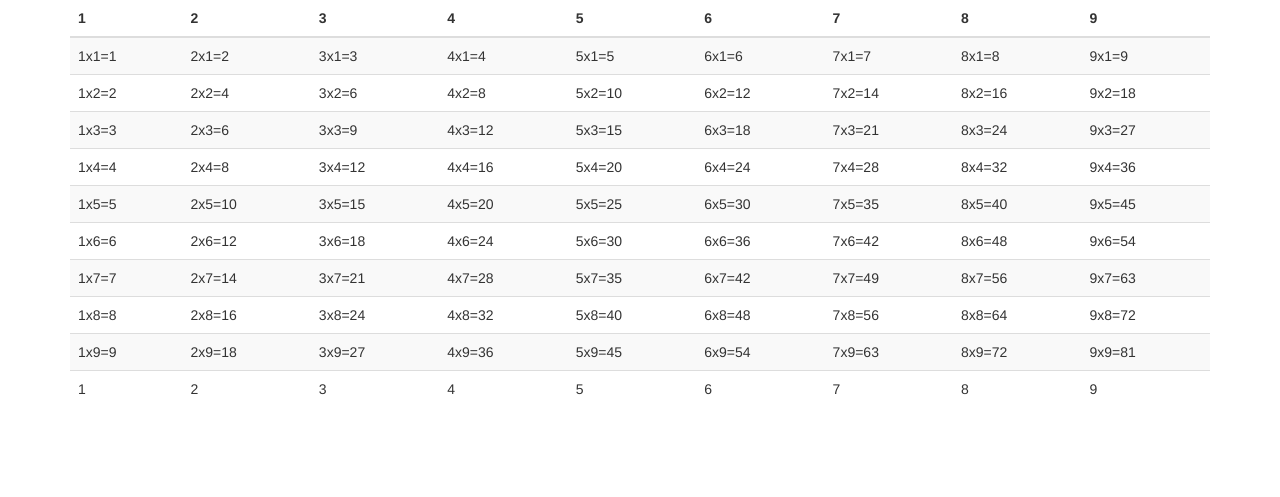
Repository: SongSooJin/JSP
Page: http://localhost/5-jsp-basic/example5/gugudan4.jsp
An editor plug-in stored every save of this project. The page is shown before and after the next save, followed by the edit.
The browser window is 1280 px wide. The pictures show the whole page.
The page is served by Tomcat 9. Other server files are loaded and not shown.

Above is the page before, as saved 2018-10-08 06:01:56.

### 5-jsp-basic/WebContent/example5/gugudan4.jsp
<%@ page language="java" contentType="text/html; charset=UTF-8"
	pageEncoding="UTF-8"%>
<%@ taglib prefix="c" uri="http://java.sun.com/jsp/jstl/core"%>
<!DOCTYPE html>
<html>
<head>
<meta charset="UTF-8">
<title>Insert title here</title>
<meta name="viewport" content="width=device-width, initial-scale=1">
<link rel="stylesheet"
	href="https://maxcdn.bootstrapcdn.com/bootstrap/3.3.7/css/bootstrap.min.css">
<script
	src="https://ajax.googleapis.com/ajax/libs/jquery/3.3.1/jquery.min.js"></script>
<script
	src="https://maxcdn.bootstrapcdn.com/bootstrap/3.3.7/js/bootstrap.min.js"></script>

</head>
<body>

	<div class="container">
		<table class="table table-striped">
			<thead>
				<tr>
					<%
						for (int i = 1; i <= 9; i++) {
							out.print("<th>" + i + "</th>");
						}
					%>
					<c:forEach begin="1" end="9" step="1">

					</c:forEach>
				</tr>
			</thead>

			<tbody>
				<%
					for (int i = 1; i <= 9; i++) { // 행
						out.print("<tr>");
						for (int j = 1; j <= 9; j++) { // 열
							out.print("<td>");
							out.print(j + "x" + i + "=" + (i * j));
							out.print("</td>");
						}

						out.print("</tr>");
					}
				%>
				<tr>
					<td>1</td>
					<td>2</td>
					<td>3</td>
					<td>4</td>
					<td>5</td>
					<td>6</td>
					<td>7</td>
					<td>8</td>
					<td>9</td>
				</tr>
			</tbody>
		</table>
	</div>

</body>
</html>

After the next save:
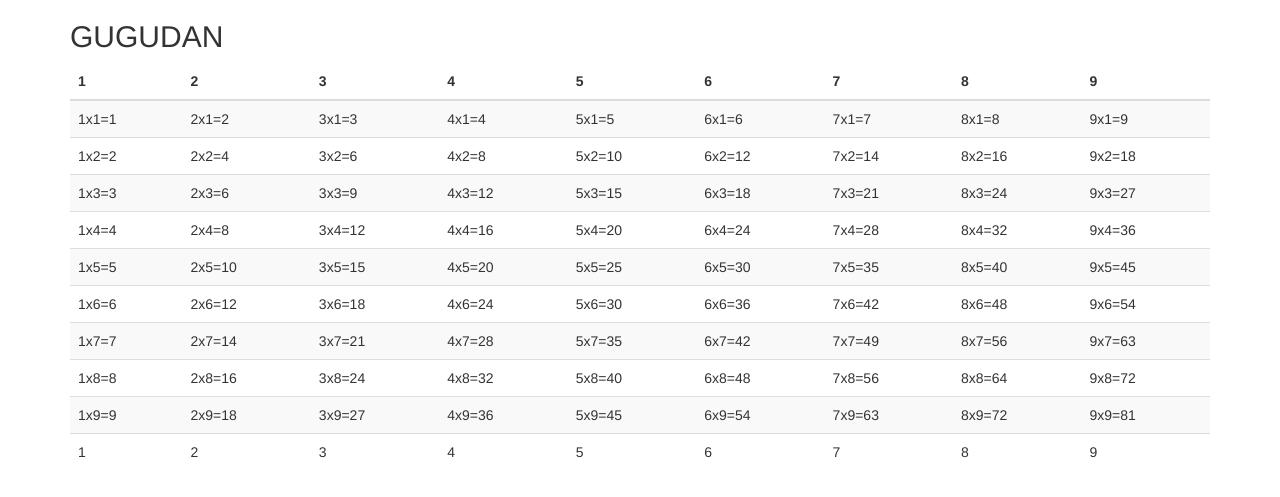
Saved 23 s later.
--- a/5-jsp-basic/WebContent/example5/gugudan4.jsp
+++ b/5-jsp-basic/WebContent/example5/gugudan4.jsp
@@ -18,6 +18,7 @@
 <body>
 
 	<div class="container">
+	<h2>GUGUDAN</h2>
 		<table class="table table-striped">
 			<thead>
 				<tr>
